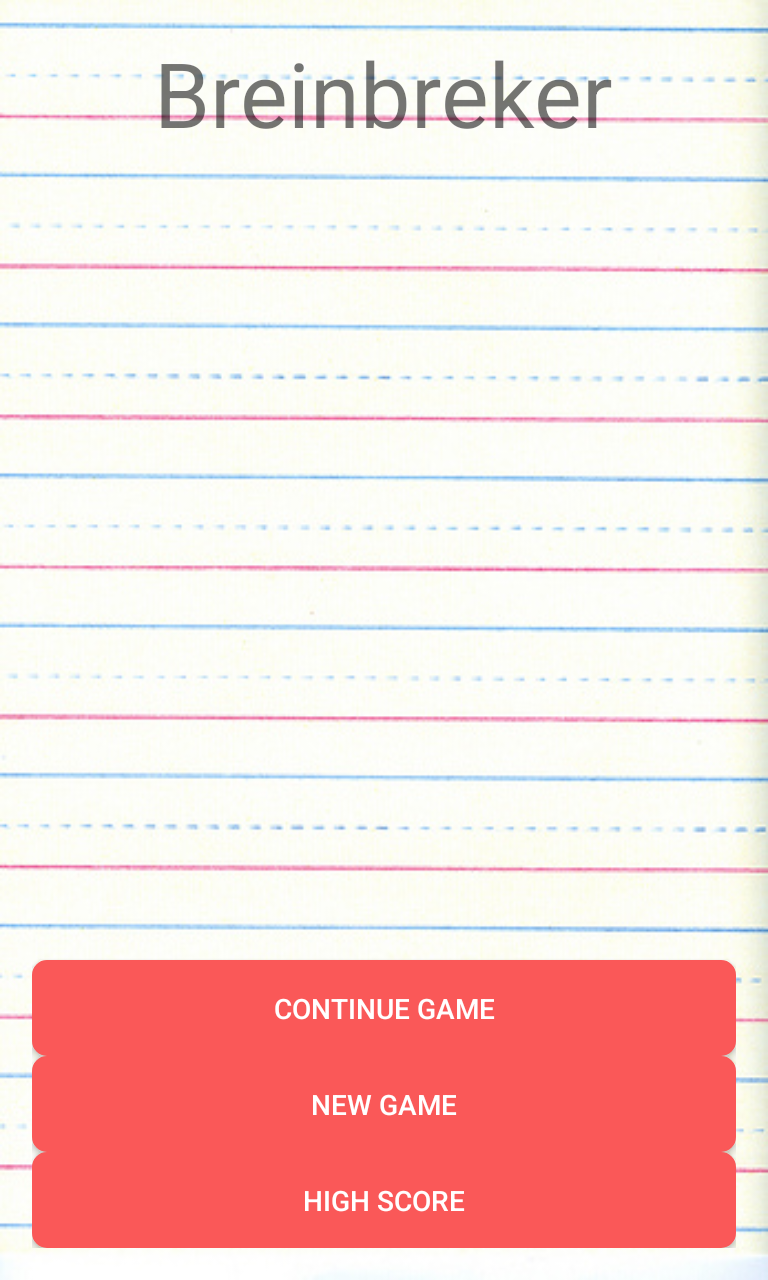
Repository: jelleswester/Breinbreker
Layout: Breinbreker/res/layout/activity_start_screen.xml
These files come from the project's save history. The layout is drawn as it stood at one moment and after the next save; the edit follows.
It is drawn on a 768 x 1280 px phone screen (xhdpi) without system bars, with theme AppTheme; the app's code is not run.

Above is the layout before, as saved 2015-01-22 21:04:41.

After the next save:
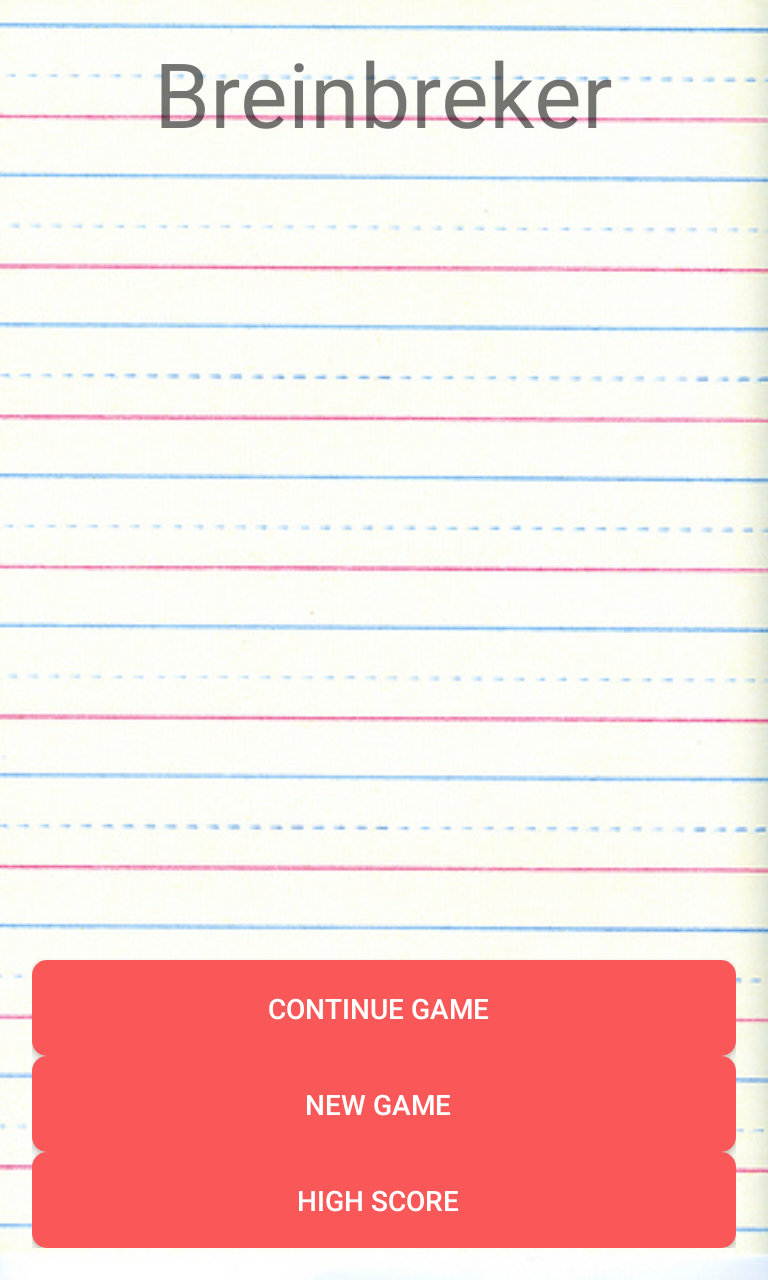
Saved 30 s later.
--- a/Breinbreker/res/drawable-hdpi/button_shape.xml
+++ b/Breinbreker/res/drawable-hdpi/button_shape.xml
@@ -8,7 +8,7 @@
         android:radius="7dp" />
 
     <padding
-        android:left="3dp"
+        android:left="-3dp"
         android:right="3dp"
         android:top="3dp"
         android:bottom="3dp"/>

After the 2 saves that followed:
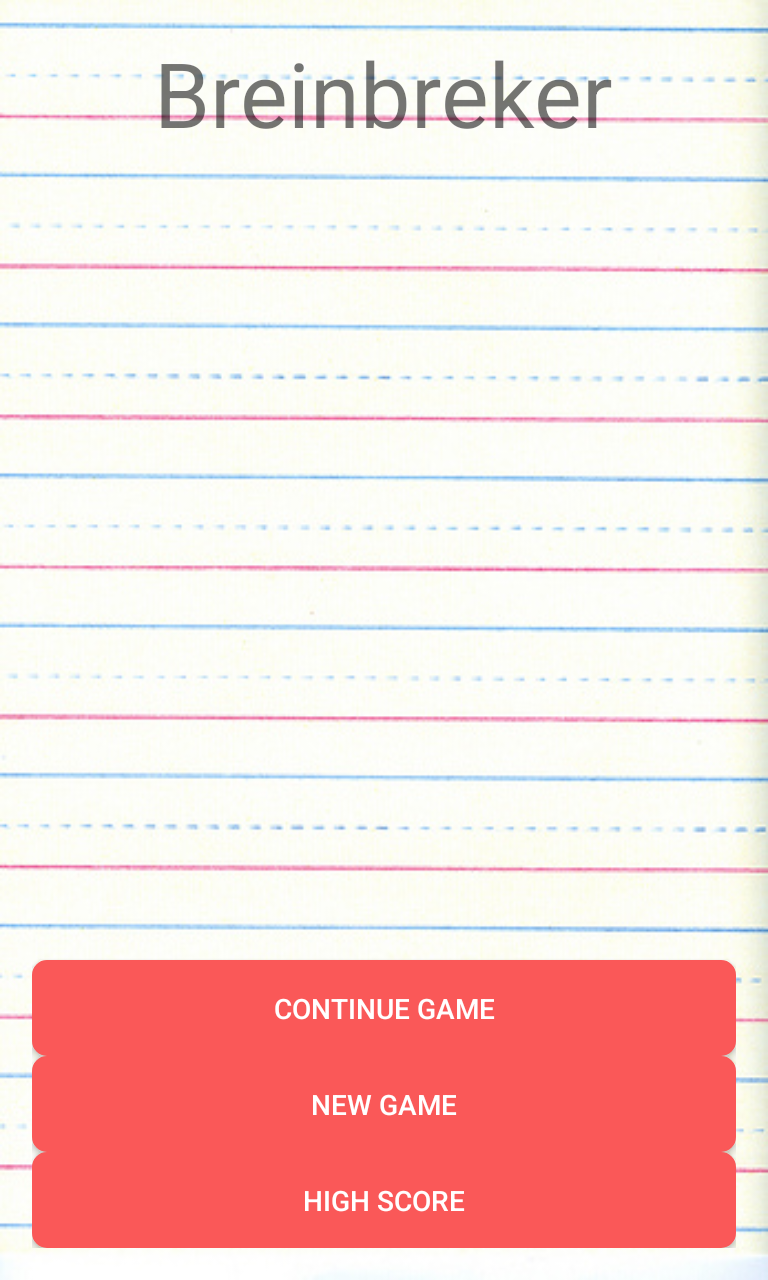
The 2 saves are shown as one change because they came seconds apart.
The last was saved 12 s later.
--- a/Breinbreker/res/drawable-hdpi/button_shape.xml
+++ b/Breinbreker/res/drawable-hdpi/button_shape.xml
@@ -9,9 +9,9 @@
 
     <padding
         android:left="-3dp"
-        android:right="3dp"
-        android:top="3dp"
-        android:bottom="3dp"/>
+        android:right="-3dp"
+        android:top="-3dp"
+        android:bottom="-3dp"/>
 
     <solid android:color="#FA5858"/>
 
